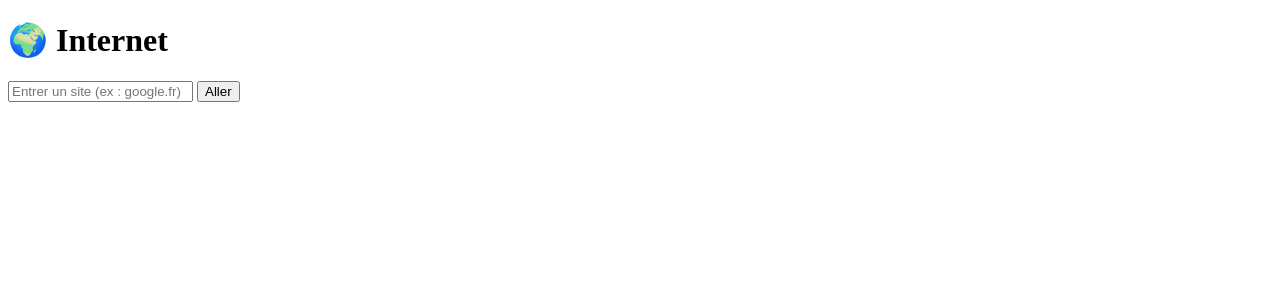
Repository: nlagardere/OpenHand
Page: apps/internet/index.html
The author's editor kept a copy of each file at every save. The page is drawn from the files as they stood at one save, then again after the next save.
The browser window is 1280 px wide. The pictures show the whole page.

Above is the page before, as saved 2026-01-30 21:34:40.

### apps/internet/index.html
<!DOCTYPE html>
<html lang="fr">
<head>
<meta charset="UTF-8">
<title>Internet</title>
<link rel="stylesheet" href="app.css">
</head>
<body>

<h1>🌍 Internet</h1>

<input id="url" placeholder="Entrer un site (ex : google.fr)">
<button onclick="go()">Aller</button>

<script>
function go() {
  const url = document.getElementById("url").value;
  if (url) location.href = "https://" + url;
}
</script>

</body>
</html>

Loaded but not shown: apps/internet/app.css (no stored copy; drawn as an empty file)

After the next save:
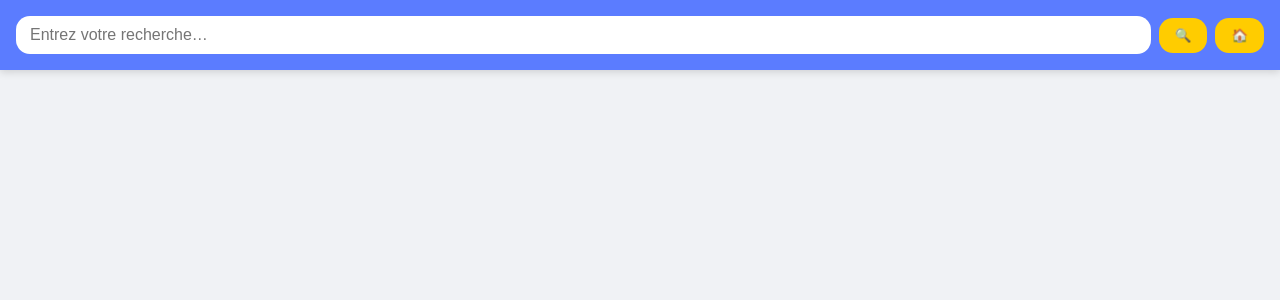
Saved 1 s later.
--- a/apps/internet/index.html
+++ b/apps/internet/index.html
@@ -2,21 +2,99 @@
 <html lang="fr">
 <head>
 <meta charset="UTF-8">
-<title>Internet</title>
-<link rel="stylesheet" href="app.css">
+<title>Navigateur - OpenHand</title>
+<style>
+body {
+  margin:0;
+  height:100vh;
+  display:flex;
+  flex-direction:column;
+  font-family: system-ui, sans-serif;
+  background:#f0f2f5;
+}
+
+header {
+  height:70px;
+  display:flex;
+  align-items:center;
+  padding:0 16px;
+  background:#5b7cff;
+  color:white;
+  font-size:20px;
+  font-weight:600;
+  box-shadow:0 2px 8px rgba(0,0,0,.15);
+  gap:8px;
+}
+
+header input {
+  flex:1;
+  padding:10px 14px;
+  border-radius:14px;
+  border:none;
+  font-size:16px;
+  outline:none;
+}
+
+header button {
+  padding:10px 16px;
+  border:none;
+  border-radius:14px;
+  background:#ffcc00;
+  cursor:pointer;
+  font-weight:600;
+}
+
+#iframeContainer {
+  flex:1;
+  display:flex;
+}
+
+#iframeContainer iframe {
+  width:100%;
+  height:100%;
+  border:none;
+}
+</style>
 </head>
 <body>
 
-<h1>🌍 Internet</h1>
+<header>
+  <input type="text" id="searchBox" placeholder="Entrez votre recherche…">
+  <button id="searchBtn">🔍</button>
+  <button id="homeBtn">🏠</button>
+</header>
 
-<input id="url" placeholder="Entrer un site (ex : google.fr)">
-<button onclick="go()">Aller</button>
+<div id="iframeContainer">
+  <iframe id="browserFrame" src=""></iframe>
+</div>
 
 <script>
-function go() {
-  const url = document.getElementById("url").value;
-  if (url) location.href = "https://" + url;
-}
+const searchBox = document.getElementById("searchBox");
+const searchBtn = document.getElementById("searchBtn");
+const homeBtn = document.getElementById("homeBtn");
+const browserFrame = document.getElementById("browserFrame");
+
+// Choisis ton moteur ici
+const searchEngine = "https://www.google.com/search?q=";
+
+// Rechercher à partir de l’input
+searchBtn.addEventListener("click", () => {
+  const query = encodeURIComponent(searchBox.value.trim());
+  if(query) {
+    browserFrame.src = searchEngine + query;
+  }
+});
+
+// Rechercher en appuyant sur Enter
+searchBox.addEventListener("keydown", (e) => {
+  if(e.key === "Enter") searchBtn.click();
+});
+
+// Bouton home → retour au vide
+homeBtn.addEventListener("click", () => {
+  browserFrame.src = "";
+  searchBox.value = "";
+});
 </script>
 
 </body>
